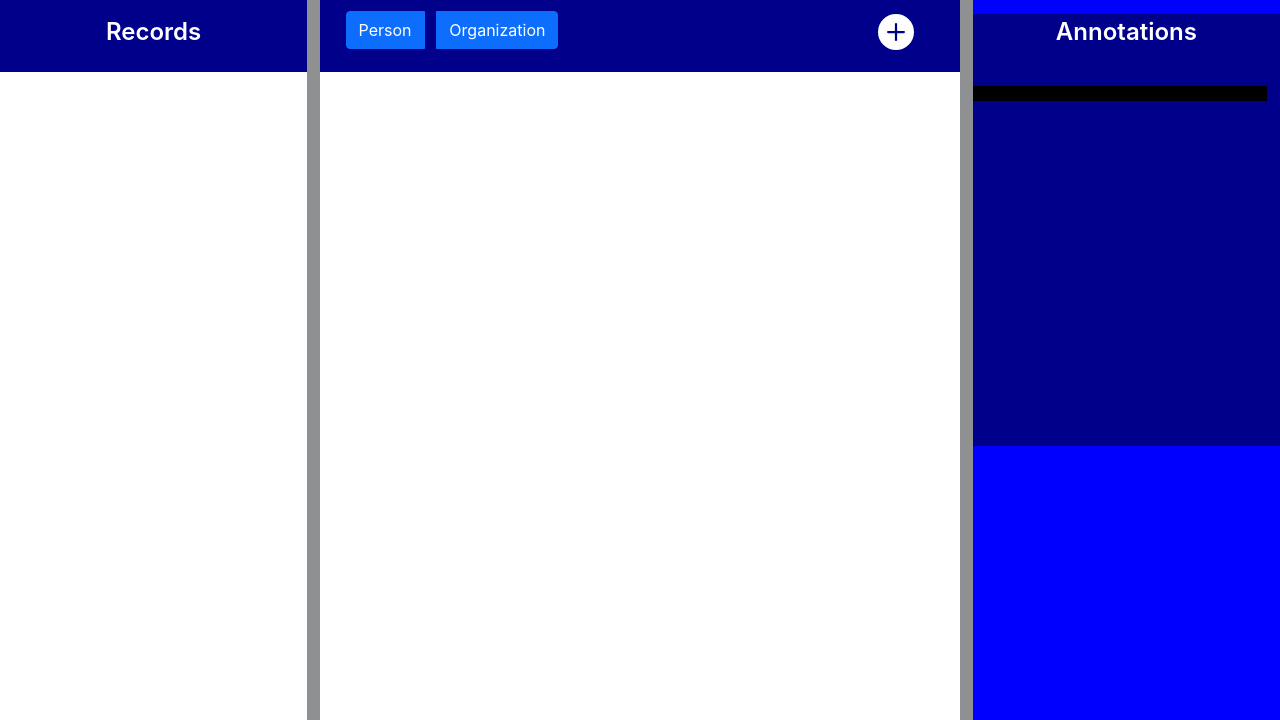
Repository: napan24/classforma_assignment
Page: / (app in client/)
An editor plug-in stored every save of this project. The page is shown before and after the next save, followed by the edit.
The browser window is 1280 px wide. The pictures show the whole page.
The project was rebuilt for these pictures with package versions that can differ from the ones it lists, and the page was loaded fresh each time. Also part of the build but not shown: client/src/App.css.

Above is the page before, as saved 2022-07-20 15:06:30.

After the next save:
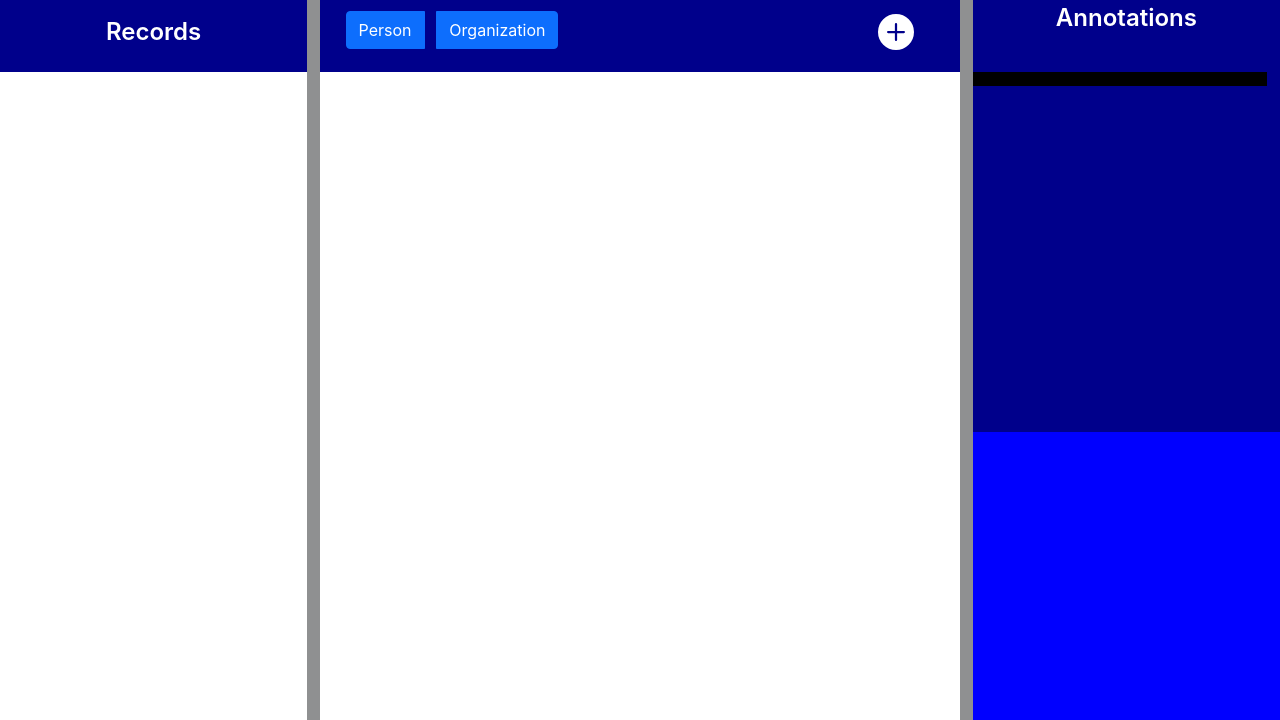
Saved 56 s later.
--- a/client/src/Home.js
+++ b/client/src/Home.js
@@ -79,7 +79,7 @@ const Home = () => {
                 </div>
                 <div style={{ width: "24vw", height: "100vh", backgroundColor: "blue" }}>
                     <div style={{ width: "24vw", height: "10vh", backgroundColor: "#00008b", textAlign: 'center', fontSize: '150%', color: "white", fontWeight: "600"}}>
-                        <p style={{ marginTop: "2vh" }}>
+                        <p>
                             Annotations
                         </p>
                     </div>
